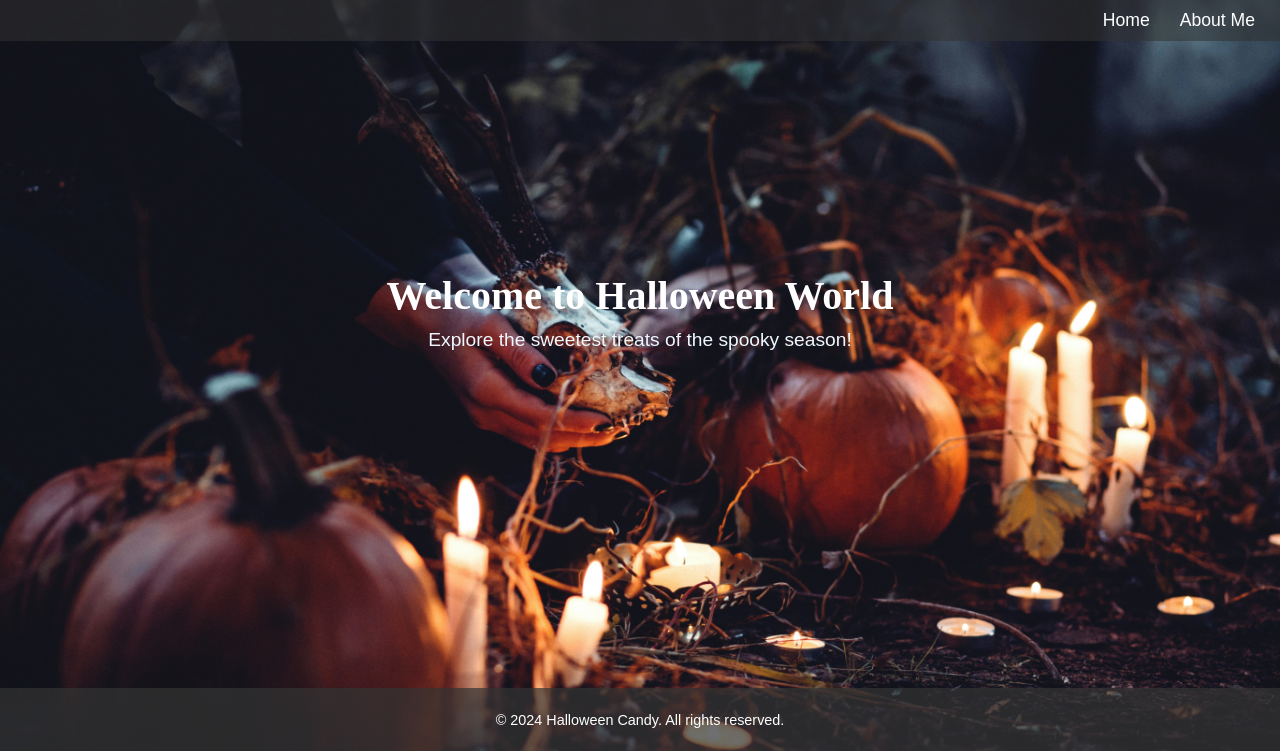
Repository: monicaifijeh/test2
Page: kyportfolio/src/indexHallo.html
These files come from the project's save history. The page is drawn as it stood at one moment and after the next save; the edit follows.
The browser window is 1280 px wide. The pictures show the whole page.

Above is the page before, as saved 2024-12-20 18:13:42.

### kyportfolio/src/indexHallo.html
<!DOCTYPE html>
<html lang="en">
  <head>
    <meta charset="UTF-8" />
    <meta name="viewport" content="width=device-width, initial-scale=1.0" />
    <title>Halloween Candy</title>
    <link rel="stylesheet" href="kystyle.css" />
  </head>
  <body>
    <nav>
      <ul>
        <li><a href="indexHallo.html">Home</a></li>
        <li><a href="aboutHallo.html">About Me</a></li>
      </ul>
    </nav>
    <header>
      <h1>Welcome to Halloween World</h1>
      <p>Explore the sweetest treats of the spooky season!</p>
    </header>
    <!--
    <main>
      <section class="intro">
        <h2>Our Top Candies</h2>
        <p>
          Discover a wide range of Halloween candies from chocolates to gummies.
        </p>
      </section>
      <section class="intro">
        <h2>Spooky Specials</h2>
        <p>
          Limited-edition treats that will make your Halloween unforgettable!
        </p>
      </section>
    </main>
    -->
    <footer>
      <p>&copy; 2024 Halloween Candy. All rights reserved.</p>
    </footer>
  </body>
</html>

### kyportfolio/src/kystyle.css
body {
    font-family: Arial, sans-serif;
    margin: 0;
    padding: 0;
background-image: url("/kyportfolio/images/freestocks-twVS-YjQn9Y-unsplash.jpg");
background-repeat: no-repeat;
background-size: cover;
}

header {
    text-align: center;
    padding: 20px;

}

header h1 {
    margin: 0;
    font-size: 2.5rem;
   color: #fff;
   font-family: fantasy;
   margin-top: 17%;
}
.intro{
    color: aliceblue;
    text-align: center;
}

header p {
    color: aliceblue;
    margin: 10px 0;
    font-size: 1.2rem;
}

nav ul {
    display: flex;
    justify-content: right;
    list-style: none;
    padding: 10px;
    background-color: #3333338a;
    margin: 0;
    position: sticky;
}

nav ul li {
    margin: 0 15px;
}

nav ul li a {
    text-decoration: none;
    color: #fff;
    font-size: 1.1rem;
}

nav ul li a:hover {
    text-decoration: underline;
}

main {
    padding: 20px;
    box-sizing: border-box;
    display: block;

}

section {
    margin-bottom: 20px;
}

footer {
    margin-top: 24%;
    text-align: center;
    padding: 10px;
    background-color: #333333b4;
    color: #fff;
    font-size: 0.9rem;
    position: sticky;

}

After the next save:
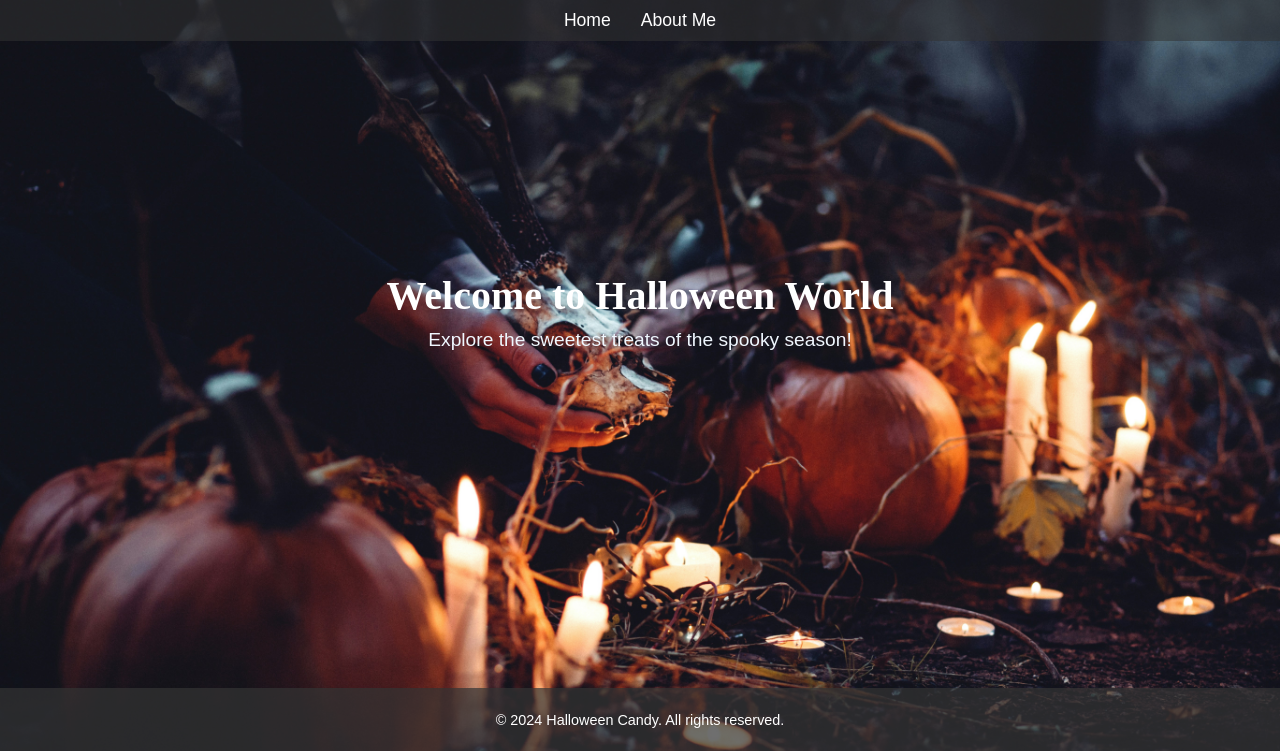
Saved 35 s later.
--- a/kyportfolio/src/kystyle.css
+++ b/kyportfolio/src/kystyle.css
@@ -33,7 +33,7 @@ header p {
 
 nav ul {
     display: flex;
-    justify-content: right;
+    justify-content: center;
     list-style: none;
     padding: 10px;
     background-color: #3333338a;
